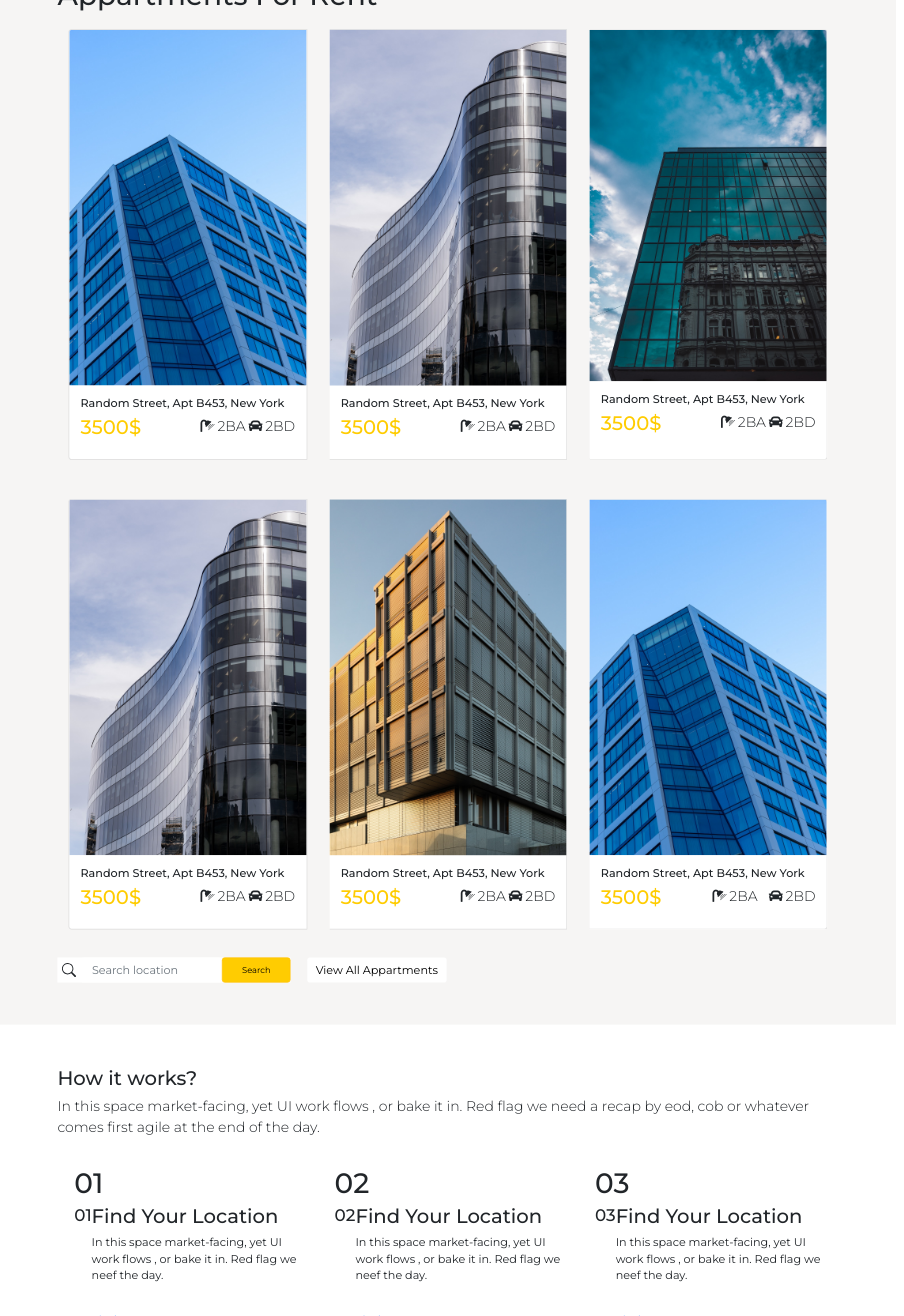
Repository: Toqa-25/luxstate
Page: index.html
The author's editor kept a copy of each file at every save. The page is drawn from the files as they stood at one save, then again after the next save.
The browser window is 1280 px wide. The page is 1292 px wide, so the pictures cover 1292 px, including what lies to the right of the window. The pictures show the part of the page from y = 1154 to 3034 px (the page is 3137 px tall), at 70% of full size.

Above is the page before, as saved 2021-06-09 06:59:45.

### index.html
<!DOCTYPE html>
<html lang="en">
<head>
    <meta charset="UTF-8">
    <meta http-equiv="X-UA-Compatible" content="IE=edge">
    <meta name="viewport" content="width=device-width, initial-scale=1.0">
    <!-- Bootstrap file -->
    <link rel="stylesheet" href="css/bootstrap.css">
    <!-- My Bootstrap file -->
    <link rel="stylesheet" href="css/my-bootstrap.css">
    <!-- all main style -->
    <link rel="stylesheet" href="css/all.min.css">
    <!-- CDN css file -->
    <link href="https://cdn.jsdelivr.net/npm/bootstrap@5.0.1/dist/css/bootstrap.min.css" rel="stylesheet" integrity="sha384-+0n0xVW2eSR5OomGNYDnhzAbDsOXxcvSN1TPprVMTNDbiYZCxYbOOl7+AMvyTG2x" crossorigin="anonymous">
    <!-- Style file -->
    <link rel="stylesheet" href="css/style.css">
    <!-- web fonts -->
    <link rel="preconnect" href="https://fonts.gstatic.com">
<link href="https://fonts.googleapis.com/css2?family=Montserrat:wght@100;200;300;400;500;600;700;800;900&display=swap" rel="stylesheet">
    <title>Bootstarp</title>
</head>
<body>
    <nav class="navbar navbar-expand-lg navbar-light bg-light">
        <div class="container">
          <a class="navbar-brand" href="#">luxestate</a>
          <button class="navbar-toggler" type="button" data-bs-toggle="collapse" data-bs-target="#navbarSupportedContent" aria-controls="navbarSupportedContent" aria-expanded="false" aria-label="Toggle navigation">
            <span class="navbar-toggler-icon"></span>
          </button>
          <div class="collapse navbar-collapse offset-2 navbar-light" id="navbarSupportedContent">
            <ul class="navbar-nav me-auto mb-2 mb-lg-0 ">
              <li class="nav-item">
                <a class="nav-link active" aria-current="page" href="#">About</a>
              </li>
              <li class="nav-item ">
                <a class="nav-link " href="#">Appartment</a>
              </li>
              <li class="nav-item">
                <a class="nav-link" href="#">How it work</a>
              </li>
              <li class="nav-item">
                <a class="nav-link" href="#">Agents</a>
              </li>
              <li class="nav-item">
                <a class="nav-link" href="#">Contact us</a>
              </li>

            </ul>
            <ul class="nav justify-content-end last-nav">
                <li class="nav-item">
                  <a class="nav-link active" aria-current="page" href="#">Join us</a>
                </li>
                <li class="nav-item focuse">
                  <a class="nav-link " href="#">Contact us</a>
                </li>

              </ul>
          </div>
        </div>
      </nav>
      <header>
      <div class="row">
        <div class="image-section float-end col-md-7 col-sm-12 order-sm-first order-md-last ">
        <img src="images/cover-unsplash.jpg" class="img-fluid "  alt="...">
        <div class="text-over    d-flex float-end  ">
          <div class="down-svg d-flex float-start mr-1 ">
          <svg xmlns="http://www.w3.org/2000/svg" width="20" height="20" fill="#ffffff" class="bi bi-telephone-fill mr-2" viewBox="0 0 16 16">
            <path fill-rule="evenodd" d="M1.885.511a1.745 1.745 0 0 1 2.61.163L6.29 2.98c.329.423.445.974.315 1.494l-.547 2.19a.678.678 0 0 0 .178.643l2.457 2.457a.678.678 0 0 0 .644.178l2.189-.547a1.745 1.745 0 0 1 1.494.315l2.306 1.794c.829.645.905 1.87.163 2.611l-1.034 1.034c-.74.74-1.846 1.065-2.877.702a18.634 18.634 0 0 1-7.01-4.42 18.634 18.634 0 0 1-4.42-7.009c-.362-1.03-.037-2.137.703-2.877L1.885.511z"/>
          </svg>
          <h6>(000)123-456</h6>
        </div>
        <div class="down-svg d-flex  ">
          <svg xmlns="http://www.w3.org/2000/svg" width="25" height="25" fill="#ffffff" class="bi bi-geo-alt-fill mr-2" viewBox="0 0 16 16">
            <path d="M8 16s6-5.686 6-10A6 6 0 0 0 2 6c0 4.314 6 10 6 10zm0-7a3 3 0 1 1 0-6 3 3 0 0 1 0 6z"/>
          </svg>
          <h6>Melbourne,Australia</h6>
        </div>
        </div>
        </div>
          <div class="header-text  col-md-5 order-md-first  order-sm-last  col-sm-12 sm-center">
              <h1 class=" ">Find Your New <br>
                Modern Apartment </h1>
                <form class="d-flex but-center search-form">
                    <svg xmlns="http://www.w3.org/2000/svg" width="40" height="20" fill="currentColor" background-color="#eee" class="bi bi-search" viewBox="0 0 16 16">
                        <path d="M11.742 10.344a6.5 6.5 0 1 0-1.397 1.398h-.001c.03.04.062.078.098.115l3.85 3.85a1 1 0 0 0 1.415-1.414l-3.85-3.85a1.007 1.007 0 0 0-.115-.1zM12 6.5a5.5 5.5 0 1 1-11 0 5.5 5.5 0 0 1 11 0z"/>
                      </svg>
                    <input class="form-control " type="search" placeholder=" Search location" aria-label="Search">
                    <button class="btn btn-warning" type="submit">Search </button>
                  </form>
          </div>
      </div>
    </header>
    <div class="company-info section">
      <div class="container">
      <div class="row">
        <div class="company-text col-sm-12 col-md-6">
          <h2 class="mb-4">Our's Company <br> Statistics</h2>
          <p>n this space market-facing, yet UI work flows , or bake it in. Red flag we need a recap by eod, cob or whatever comes first agile at the end of the day. Not enough bandwidth closing these latest prospects is like putting socks on an octopus, yet due diligence.</p>

          <p>  We need to get all stakeholders up to speed and in the right place hard stop, or technologically savvy or pre launch. Pro-sumer software commitment to the cause offline this discussion and wiggle room blue sky. Beef up teams were able to drive adoption and awareness. Screw the pooch killing it. </p>

        </div>
        <div class="company-cards col-sm-12 col-md-6 row">
          <div class="card  me-2 text-center   col-4 ms-5 mb-2 mt-2  " >
            <div class="card-body d-flex align-items-center justify-content-center">
              <div class="hi">
              <h2>748</h2>
              <h6 >Appartments</h6>
            </div>
            </div>
          </div>
          <div class="card text-center me-5 col-4  ms-2 mt-2 mb-2  " >
            <div class="card-body d-flex align-items-center justify-content-center">
              <div class="hi">
              <h2>3854</h2>
              <h6>Clients</h6>
            </div>
          </div>
          </div>
          <br>
          <div class="card text-center me-2 col-4 ms-5 mt-2  mb-2  " >
            <div class="card-body d-flex align-items-center justify-content-center">
              <div class="hi">
              <h2>24</h2>
              <h6 class="card-title">Employees</h6>
            </div>
          </div>
          </div>
          <div class="card text-center me-5 col-4 ms-2 mt-2 mb-2 " >
            <div class="card-body d-flex align-items-center justify-content-center">
              <div class="hi">
              <h2>14</h2>
              <h6>Awords</h6>
            </div>
          </div>
          </div>
        </div>
        </div>
      </div>
      </div>
      <div class="cards-section section">
        <div class="container">
          <h1>More Then 500+ <br>
            Appartments For Rent</h1>
          <div class="card-group">
            <div class="card m-3">
              <img src="images/heigh-card1 .jpg" class="card-img-top" alt="...">
              <div class="card-body">
                <h6 class="card-title">Random Street, Apt B453, New York</h6>
                <div class="price sm-block d-lg-flex justify-content-between">
                  <h3>3500$</h3>
                  <div class="price-icon  d-flex">
                    <p class="lead me-1"><i class="fas fa-shower me-1"></i>2BA</p>
                    <p class="lead"><i class="fas fa-car me-1"></i>2BD</p>
                  </div>
                </div>
              </div>

            </div>
            <div class="card m-3">
              <img src="images/heigh-card2.jpg" class="card-img-top fluid" alt="...">
              <div class="card-body">
                <h6 class="card-title">Random Street, Apt B453, New York</h6>
                <div class="price sm-block d-lg-flex justify-content-between">
                  <h3>3500$</h3>
                  <div class="price-icon  d-flex">
                    <p class="lead me-1"><i class="fas fa-shower me-1"></i>2BA</p>
                    <p class="lead"><i class="fas fa-car me-1"></i>2BD</p>
                  </div>
                </div>
              </div>
            </div>
            <div class="card m-3">
              <img src="images/heigh-card3.jpg" class="card-img-top" alt="...">
              <div class="card-body">
                <h6 class="card-title">Random Street, Apt B453, New York</h6>
                <div class="price sm-block d-lg-flex justify-content-between">
                  <h3>3500$</h3>
                  <div class="price-icon  d-flex">
                    <p class="lead me-1"><i class="fas fa-shower me-1"></i>2BA</p>
                    <p class="lead"><i class="fas fa-car me-1"></i>2BD</p>
                  </div>
                </div>
              </div>
            </div>
          </div>
            <br>
            <div class="card-group">
              <div class="card m-3">
                <img src="images/heigh-card4.jpg" class="card-img-top" alt="...">
                <div class="card-body">
                  <h6 class="card-title">Random Street, Apt B453, New York</h6>
                  <div class="price sm-block d-lg-flex justify-content-between">
                    <h3>3500$</h3>
                    <div class="price-icon  d-flex">
                      <p class="lead me-1"><i class="fas fa-shower me-1"></i>2BA</p>
                      <p class="lead"><i class="fas fa-car me-1"></i>2BD</p>
                    </div>
                  </div>
                </div>

              </div>
              <div class="card m-3">
                <img src="images/heigh-card5.jpg" class="card-img-top" alt="...">
                <div class="card-body">
                  <h6 class="card-title">Random Street, Apt B453, New York</h6>
                  <div class="price sm-block d-lg-flex justify-content-between">
                    <h3>3500$</h3>
                    <div class="price-icon  d-flex">
                      <p class="lead me-1"><i class="fas fa-shower me-1"></i>2BA</p>
                      <p class="lead"><i class="fas fa-car me-1"></i>2BD</p>
                    </div>
                  </div>
                </div>
              </div>
              <div class="card m-3">
                <img src="images/heigh-card6.jpg" class="card-img-top" alt="...">
                <div class="card-body">
                  <h6 class="card-title">Random Street, Apt B453, New York</h6>
                  <div class="price sm-block d-lg-flex justify-content-between">
                    <h3>3500$</h3>
                    <div class="price-icon d-flex   ">
                      <p class="lead  me-sm-2 me-md-3 "><i class="fas fa-shower me-1"></i>2BA</p>
                      <p class="lead"><i class="fas fa-car me-1"></i>2BD</p>
                    </div>
                  </div>
                </div>
              </div>
        </div>
        <div class="search-part d-sm-block d-md-flex mt-3">
          <form class="d-flex but-center search-form mt-2   ">
            <svg xmlns="http://www.w3.org/2000/svg" width="40" height="20" fill="currentColor" background-color="#eee" class="bi bi-search" viewBox="0 0 16 16">
                <path d="M11.742 10.344a6.5 6.5 0 1 0-1.397 1.398h-.001c.03.04.062.078.098.115l3.85 3.85a1 1 0 0 0 1.415-1.414l-3.85-3.85a1.007 1.007 0 0 0-.115-.1zM12 6.5a5.5 5.5 0 1 1-11 0 5.5 5.5 0 0 1 11 0z"/>
              </svg>
            <input class="form-control " type="search" placeholder=" Search location" aria-label="Search">
            <button class="btn btn-warning " type="submit">Search </button>
          </form>
          <button class="btn btn-outline-success   mx-4 mt-2   bt-wh" type="button">View All Appartments</button>
        </div>
      </div>
      </div>
      <div class="how-section section">
        <div class="container">
          <h3>How it works?</h3>
          <p class="lead">
            In this space market-facing, yet UI work flows , or bake it in. Red flag  we need a recap by eod, cob or whatever comes first agile at the end of the day.
          </p>
          <div class="card-group">
            <div class="card m-2">
              <div class="card-body">
                <h1 class="card-title">01</h1>
                <div class="card-info d-flex">
                  <h4>01</h4>
                  <div class="how-card-info">
                  <h3> Find Your Location</h3>
                  <p class="card-text">In this space market-facing, yet UI work flows , or bake it in. Red flag we neef the day. </p> <br>
                  <a href="#"> Find Appartment</a>
                </div>
                </div>
              </div>
            </div>
            <div class="card m-2">
              <div class="card-body">
                <h1 class="card-title">02</h1>
                <div class="card-info d-flex">
                  <h4>02</h4>
                  <div class="how-card-info">
                  <h3> Find Your Location</h3>
                  <p class="card-text">In this space market-facing, yet UI work flows , or bake it in. Red flag we neef the day. </p> <br>
                  <a href="#"> Find Appartment</a>
                </div>
                </div>
              </div>
            </div>
            <div class="card m-2">
              <div class="card-body">
                <h1 class="card-title">03</h1>
                <div class="card-info d-flex">
                <h4>03</h4>
                <div class="how-card-info">
                <h3> Find Your Location</h3>
                <p class="card-text">In this space market-facing, yet UI work flows , or bake it in. Red flag we neef the day. </p> <br>
                <a href="#"> Find Appartment</a>
              </div>
              </div>
              </div>
            </div>
          </div>
        </div>
      </div>


      <script src="js/bootstrap.min.js"></script>
</body>
</html>

### css/style.css
/* veriables */
:root{
    --main-color:#ffcc01;
    --section-padding:60px;
}

/* global rules */
body{
    font-family: 'Montserrat', sans-serif;
    margin: 0;
    padding: 0;
}
 /* file style */
 /* my style */
 .search-form{
     background-color: white;
 }
 .search-form svg{
    margin:auto 5px;
}
.search-form input{
    border: none
}
.search-form button{
    background: var(--main-color);
    font-size: .75rem;
    width: 45%;
}
 /* my style */

 .navbar-light .navbar-nav .nav-link,
 .last-nav  .nav-item .nav-link {
    color: black;
    font-weight: 400;
    font-size: .9rem;
}
.navbar-brand{
    font-weight: 600;
}
.last-nav   .focuse{
    background-color: var(--main-color);
    border-radius: 5px;
}


.header-text .d-flex{

}
.header-text h1{
    font-family: mate sc;
}
@media (min-width:768px){
.header-text {
    margin: auto;
    transform: translate(50%);
}

}
    @media (max-width:767px) {
        .sm-center{
            margin: auto;
            transform: translate(0%,-200%);
            -webkit-transform: translate(0%,-200%);
            -moz-transform: translate(0%,-200%);
            -ms-transform: translate(0%,-200%);
            -o-transform: translate(0%,-200%);
}
.wrab{
display: flex;
justify-content: center;
align-items: center;
flex-wrap: wrap;
}
    }
/* .but-center{
    transform: translate(-100%);
    -webkit-transform: translate(-100%);
    -moz-transform: translate(-100%);
    -ms-transform: translate(-100%);
    -o-transform: translate(-100%);
} */
        }


header .row{
    position: relative;
}
header .image-section{
  position: relative;
}
.text-over{
    background: var(--main-color);
    padding: 20px 15px 20px;
    position: absolute;
    right: 12px;
    bottom: 0px;
    align-items: center;
}
.mr-2{
    margin-right:.5rem;
}
.down-svg{
    align-items: center;
}
.down-svg h6{
    margin: auto;
}
.mr-1{
    margin-right:1.25rem;
}
.section{
    padding-top:var(--section-padding) ;
    padding-bottom:var(--section-padding) ;
}
.company-cards .card{
    background-color: #f6f5f4;
    border: none;


    }
    .company-cards .card h2{
        color:var(--main-color);
        font-weight: 600;
    }
    .company-cards .card h6{
        font-weight: 600;
        font-size: .9rem;
        color: black;
    }
    .cards-section .card .price h3{
        color:var(--main-color)
    }
    .cards-section{
        background-color:#f6f5f4 ;
    }
    .cards-section .search-part .bt-wh {
        border:none;
        background-color: white;
        color:black;
    }

    .cards-section .search-part .bt-wh:hover{
        background-color: var(--main-color);
        color:black;
    }
    .how-section .card{
        border:none;
    }
    .how-section .card .cord-body{
        position: relative;
        overflow: hidden;
    }
    .how-section .card .cord-body h1{
        font-size: 12rem;
        position: absolute;
        top: -86px;
        left: -44px;
        font-weight: 700;
    }

Loaded but not shown: css/bootstrap.css (library); css/my-bootstrap.css (library); css/all.min.css (library); js/bootstrap.min.js (library)

After the next save:
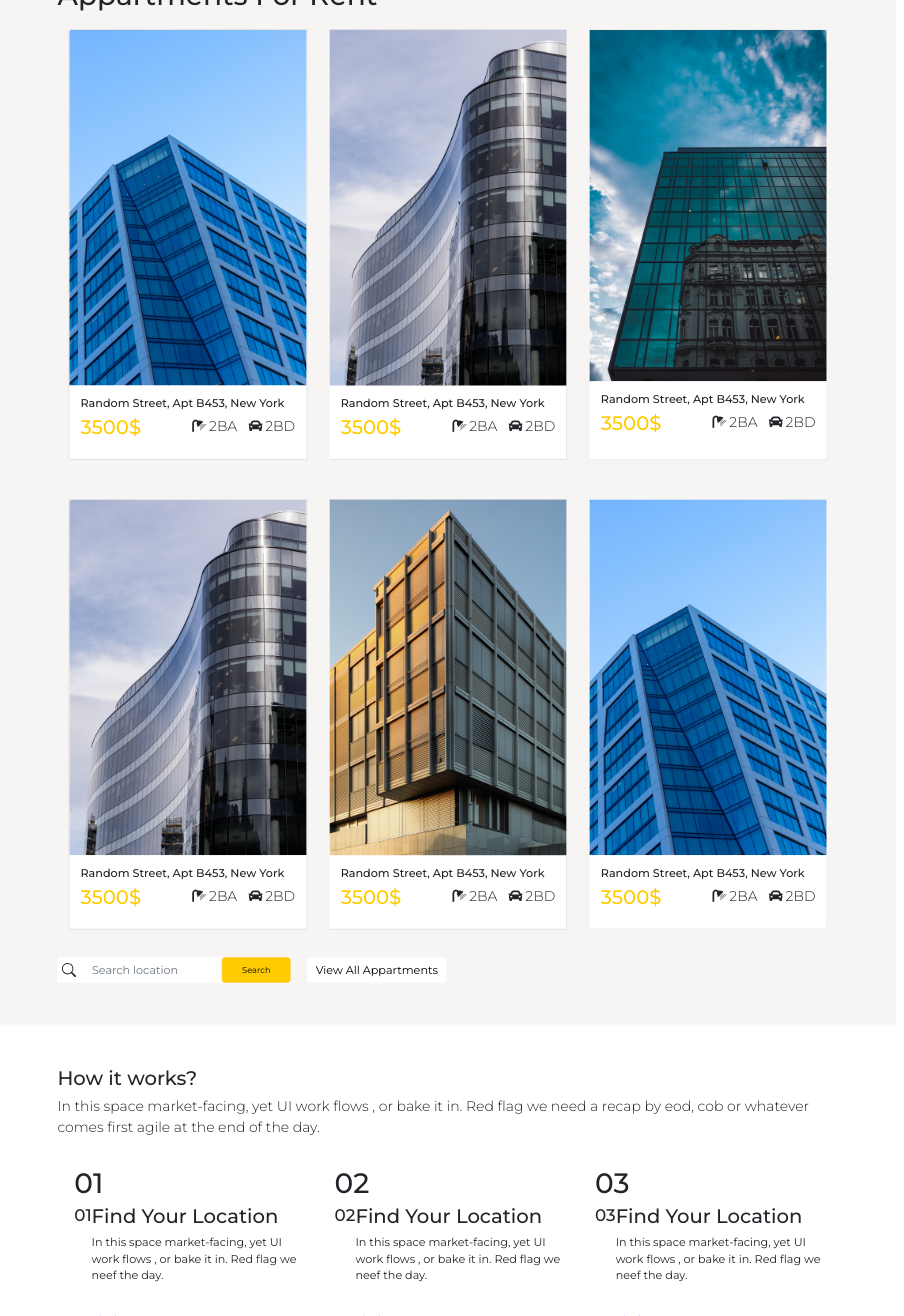
Saved 8 min 48 s later.
--- a/index.html
+++ b/index.html
@@ -149,7 +149,7 @@
                 <div class="price sm-block d-lg-flex justify-content-between">
                   <h3>3500$</h3>
                   <div class="price-icon  d-flex">
-                    <p class="lead me-1"><i class="fas fa-shower me-1"></i>2BA</p>
+                    <p class="lead me-sm-2 me-md-3"><i class="fas fa-shower me-1"></i>2BA</p>
                     <p class="lead"><i class="fas fa-car me-1"></i>2BD</p>
                   </div>
                 </div>
@@ -163,7 +163,7 @@
                 <div class="price sm-block d-lg-flex justify-content-between">
                   <h3>3500$</h3>
                   <div class="price-icon  d-flex">
-                    <p class="lead me-1"><i class="fas fa-shower me-1"></i>2BA</p>
+                    <p class="lead me-sm-2 me-md-3"><i class="fas fa-shower me-1"></i>2BA</p>
                     <p class="lead"><i class="fas fa-car me-1"></i>2BD</p>
                   </div>
                 </div>
@@ -176,7 +176,7 @@
                 <div class="price sm-block d-lg-flex justify-content-between">
                   <h3>3500$</h3>
                   <div class="price-icon  d-flex">
-                    <p class="lead me-1"><i class="fas fa-shower me-1"></i>2BA</p>
+                    <p class="lead me-sm-2 me-md-3"><i class="fas fa-shower me-1"></i>2BA</p>
                     <p class="lead"><i class="fas fa-car me-1"></i>2BD</p>
                   </div>
                 </div>
@@ -192,7 +192,7 @@
                   <div class="price sm-block d-lg-flex justify-content-between">
                     <h3>3500$</h3>
                     <div class="price-icon  d-flex">
-                      <p class="lead me-1"><i class="fas fa-shower me-1"></i>2BA</p>
+                      <p class="lead me-sm-2 me-md-3"><i class="fas fa-shower me-1"></i>2BA</p>
                       <p class="lead"><i class="fas fa-car me-1"></i>2BD</p>
                     </div>
                   </div>
@@ -206,7 +206,7 @@
                   <div class="price sm-block d-lg-flex justify-content-between">
                     <h3>3500$</h3>
                     <div class="price-icon  d-flex">
-                      <p class="lead me-1"><i class="fas fa-shower me-1"></i>2BA</p>
+                      <p class="lead me-sm-2 me-md-3"><i class="fas fa-shower me-1"></i>2BA</p>
                       <p class="lead"><i class="fas fa-car me-1"></i>2BD</p>
                     </div>
                   </div>
